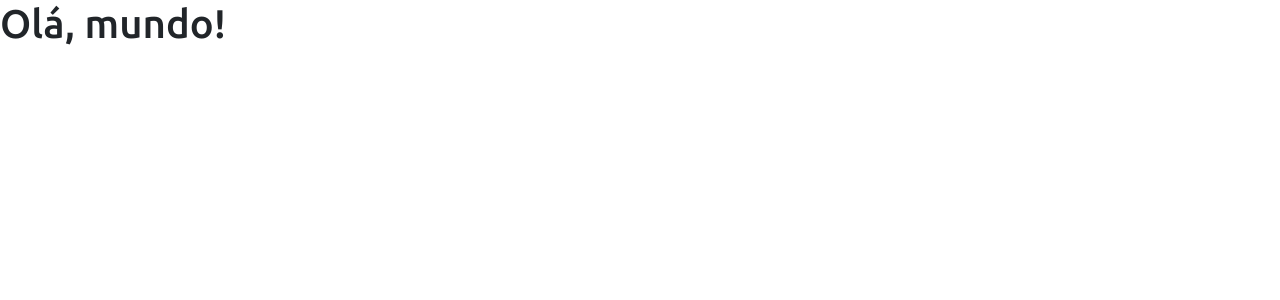
Repository: lcpsantos/projeto-sds3
Page: / (app in frontend/)
The author's editor kept a copy of each file at every save. The page is drawn from the files as they stood at one save, then again after the next save.
The browser window is 1280 px wide. The pictures show the whole page.
The project was rebuilt for these pictures with package versions that can differ from the ones it lists, and the page was loaded fresh each time.

Above is the page before, as saved 2021-05-05 00:16:26.

After the next save:
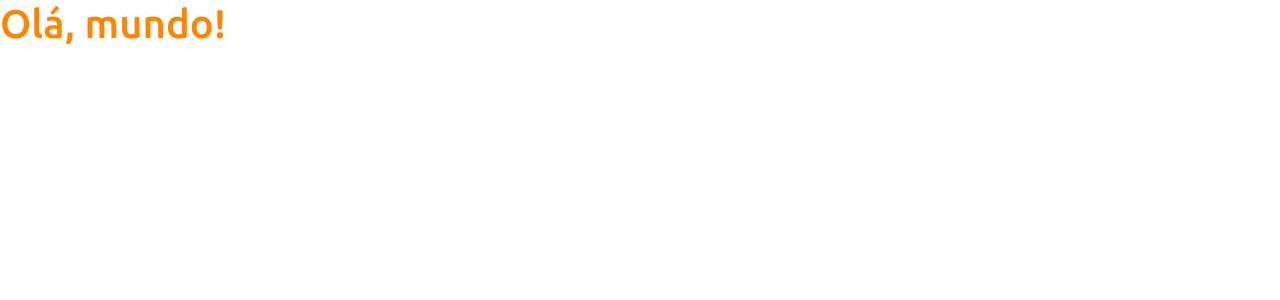
Saved 2 min 10 s later.
--- a/frontend/src/App.tsx
+++ b/frontend/src/App.tsx
@@ -1,7 +1,7 @@
 function App() {
   return (
     <div>
-      <h1>Olá, mundo!</h1>
+      <h1 className="text-primary">Olá, mundo!</h1>
     </div>
   );
 }
